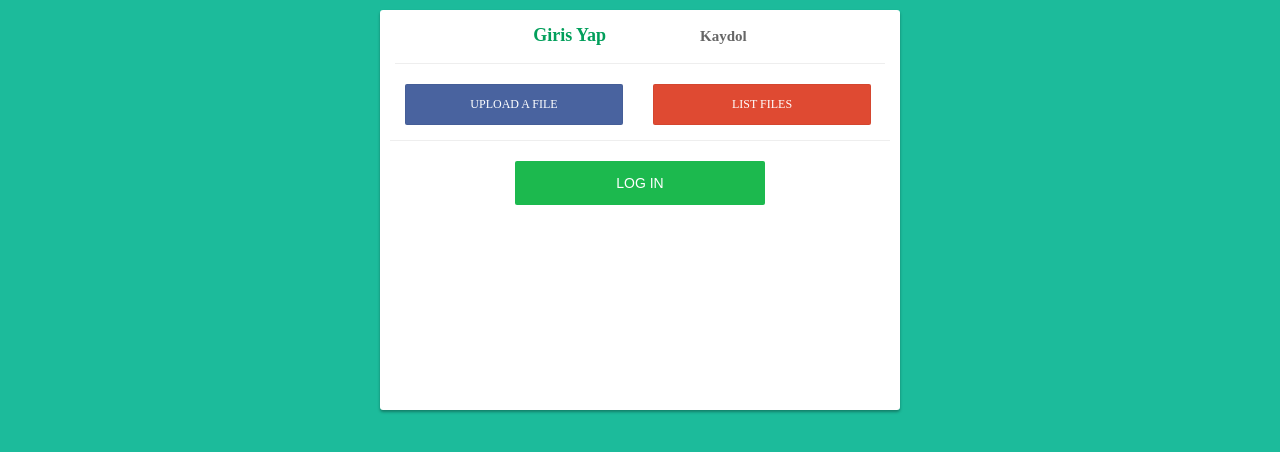
Repository: erengthb/AWS-Java-Servlet-Project
Page: http://localhost/Proje/Homepage.jsp
These files come from the project's save history. The page is drawn as it stood at one moment and after the next save; the edit follows.
The browser window is 1280 px wide. The pictures show the whole page.
The page is served by Tomcat 9. Nobody is signed in. The application's start-up code is not run. Other server files are loaded and not shown.

Above is the page before, as saved 2022-04-19 17:31:11.
Console error: ReferenceError: $ is not defined

### Proje/src/main/webapp/Homepage.jsp
<%@ page language="java" contentType="text/html; charset=ISO-8859-1"
    pageEncoding="ISO-8859-1"%>
<!DOCTYPE html>

<style>
body{
  background-color: #1cbb9b;
}
.login-box{
  position:relative;
  margin: 10px auto;
  width: 500px;
  height: 380px;
  background-color: #fff;
  padding: 10px;
  border-radius: 3px;
  -webkit-box-shadow: 0px 2px 3px 0px rgba(0,0,0,0.33);
-moz-box-shadow: 0px 2px 3px 0px rgba(0,0,0,0.33);
box-shadow: 0px 2px 3px 0px rgba(0,0,0,0.33);
}
.lb-header{
  position:relative;
  color: #00415d;
  margin: 5px 5px 10px 5px;
  padding-bottom:10px;
  border-bottom: 1px solid #eee;
  text-align:center;
  height:28px;
}
.lb-header a{
  margin: 0 25px;
  padding: 0 20px;
  text-decoration: none;
  color: #666;
  font-weight: bold;
  font-size: 15px;
  -webkit-transition: all 0.1s linear;
  -moz-transition: all 0.1s linear;
  transition: all 0.1s linear;
}
.lb-header .active{
  color: #029f5b;
  font-size: 18px;
}
.social-login{
  position:relative;
  float: left;
  width: 100%;
  height:auto;
  padding: 10px 0 15px 0;
  border-bottom: 1px solid #eee;
}
.social-login a{
  position:relative;
  float: left;
  width:calc(40% - 8px);
  text-decoration: none;
  color: #fff;
  border: 1px solid rgba(0,0,0,0.05);
  padding: 12px;
  border-radius: 2px;
  font-size: 12px;
  text-transform: uppercase;
  margin: 0 3%;
  text-align:center;
}
.social-login a i{
  position: relative;
  float: left;
  width: 20px;
  top: 2px;
}
.social-login a:first-child{
  background-color: #49639F;
}
.social-login a:last-child{
  background-color: #DF4A32;
}
.email-login,.email-signup{
  position:relative;
  float: left;
  width: 100%;
  height:auto;
  margin-top: 20px;
  text-align:center;
}
.u-form-group{
  width:100%;
  margin-bottom: 10px;
}
.u-form-group input[type="email"],
.u-form-group input[type="password"]{
  width: calc(50% - 22px);
  height:45px;
  outline: none;
  border: 1px solid #ddd;
  padding: 0 10px;
  border-radius: 2px;
  color: #333;
  font-size:0.8rem;
  -webkit-transition:all 0.1s linear;
  -moz-transition:all 0.1s linear;
  transition:all 0.1s linear;
}
.u-form-group input:focus{
  border-color: #358efb;
}
.u-form-group button{
  width:50%;
  background-color: #1CB94E;
  border: none;
  outline: none;
  color: #fff;
  font-size: 14px;
  font-weight: normal;
  padding: 14px 0;
  border-radius: 2px;
  text-transform: uppercase;
}
.forgot-password{
  width:50%;
  text-align: left;
  text-decoration: underline;
  color: #888;
  font-size: 0.75rem;
}

</style>




  <div class="login-box">
    <div class="lb-header">
      <a href="#" class="active" id="login-box-link">Giris Yap</a>
      <a href="#" id="signup-box-link">Kaydol</a>
    </div>
    <div class="social-login">
      <a href="upload.jsp">
        <i class="fa fa-facebook fa-lg"></i>
        Upload a File
      </a>
      <a href="listfiles.jsp">
        <i class="fa fa-google-plus fa-lg"></i>
        List Files
      </a>
    </div>
    <form class="email-login">


      <div class="u-form-group">
        <button>Log in</button>
      </div>

    </form>


    </form>
  </div>


<script>
$(".email-signup").hide();
$("#signup-box-link").click(function(){
  $(".email-login").fadeOut(100);
  $(".email-signup").delay(100).fadeIn(100);
  $("#login-box-link").removeClass("active");
  $("#signup-box-link").addClass("active");
});
$("#login-box-link").click(function(){
  $(".email-login").delay(100).fadeIn(100);;
  $(".email-signup").fadeOut(100);
  $("#login-box-link").addClass("active");
  $("#signup-box-link").removeClass("active");
});
</script>

After the next save:
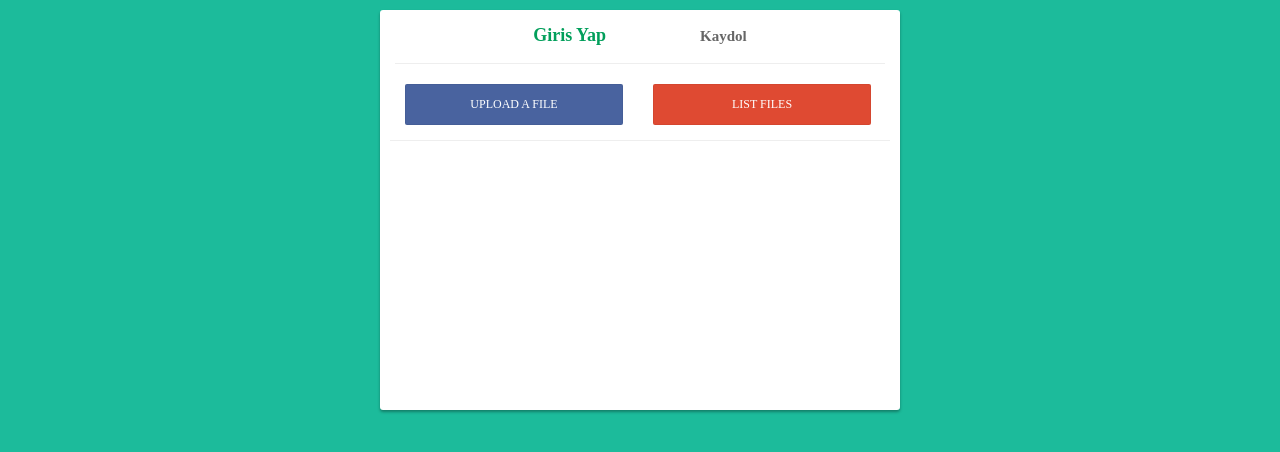
Saved 11 s later.
--- a/Proje/src/main/webapp/Homepage.jsp
+++ b/Proje/src/main/webapp/Homepage.jsp
@@ -148,9 +148,7 @@ box-shadow: 0px 2px 3px 0px rgba(0,0,0,0.33);
     <form class="email-login">
 
 
-      <div class="u-form-group">
-        <button>Log in</button>
-      </div>
+
 
     </form>
 
